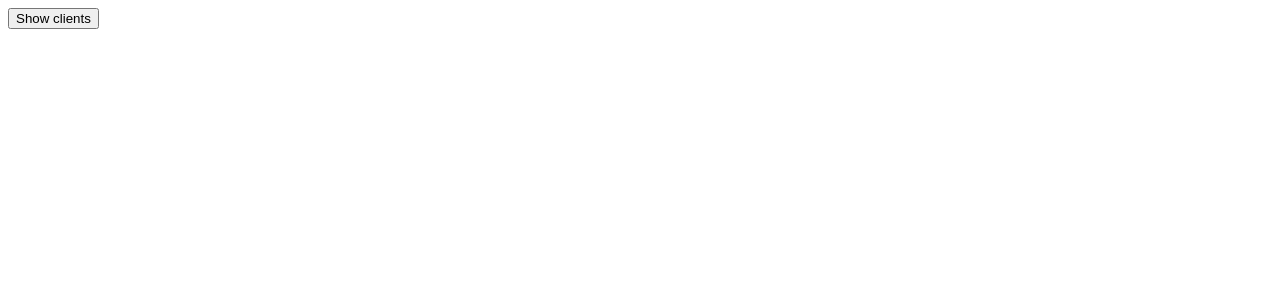
Repository: motiejus1/16-paskaita-PHP-05.31
Page: http://localhost/
The author's editor kept a copy of each file at every save. The page is drawn from the files as they stood at one save, then again after a run of saves.
The browser window is 1280 px wide. The pictures show the whole page.
The page is run by PHP 8.4 with error messages shown; the project is at /var/www/html/.

Above is the page before, as saved 2021-09-08 18:31:34.

### index.php

<?php require_once("connection.php"); ?>

<!DOCTYPE html>
<html lang="lt">
<head>
    <meta charset="UTF-8">
    <meta http-equiv="X-UA-Compatible" content="IE=edge">
    <meta name="viewport" content="width=device-width, initial-scale=1.0">
    <title>AJAX</title>
</head>
<body>

    <form action="index.php" method="POST">
        <button type="submit" name="submit">Show clients</button>
    </form>

    <?php
        if(isset($_POST["submit"])) {
            //siunciam uzklausa i duomenu baze
            //duomenis atvaizduojame

            $sql = "SELECT * FROM klientai
            WHERE 1
            LIMIT 50
            ";

            $result = $conn->query($sql);// uzklausos vykdymas


        }


    ?>
    <?php
    //AJAX - duomenu siuntimo i serveri Javascript pagalba technika.

    // Mygtuko paspaudimu atvaizduoti 50 klientu (be puslapio persikrovimo).
    ?>



    <script src="script.js"></script>
</body>
</html>

### connection.php
<?php

$database_server = 'localhost';
$database_username = 'root';
$database_password = '';
$database_name = 'klientuvaldymosistema';

// Create connection using mysqli_connect()
$conn = mysqli_connect($database_server, $database_username, $database_password, $database_name);

// If $conn is false, connection is failed
if (!$conn ) {
  die("Failed to connect to MySQL: " . mysqli_connect_error());
}

mysqli_set_charset($conn,"utf8");
// else {
    // echo "Prisijungimas ivyko sekmingai";
// }

?>

### script.js
"use strict";
console.log("Script failas veikia");

After the next 2 saves:
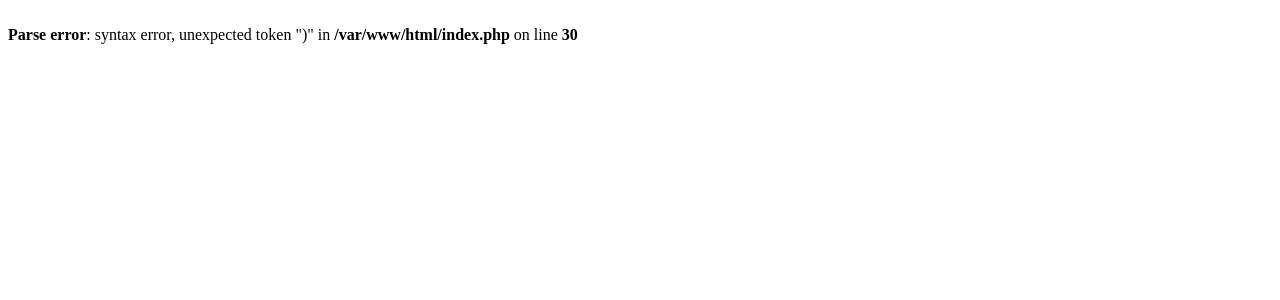
The 2 saves are shown as one change because they came seconds apart.
The last was saved 9 s later.
--- a/index.php
+++ b/index.php
@@ -27,7 +27,7 @@
 
             $result = $conn->query($sql);// uzklausos vykdymas
 
-
+            while()
         }
 
 
